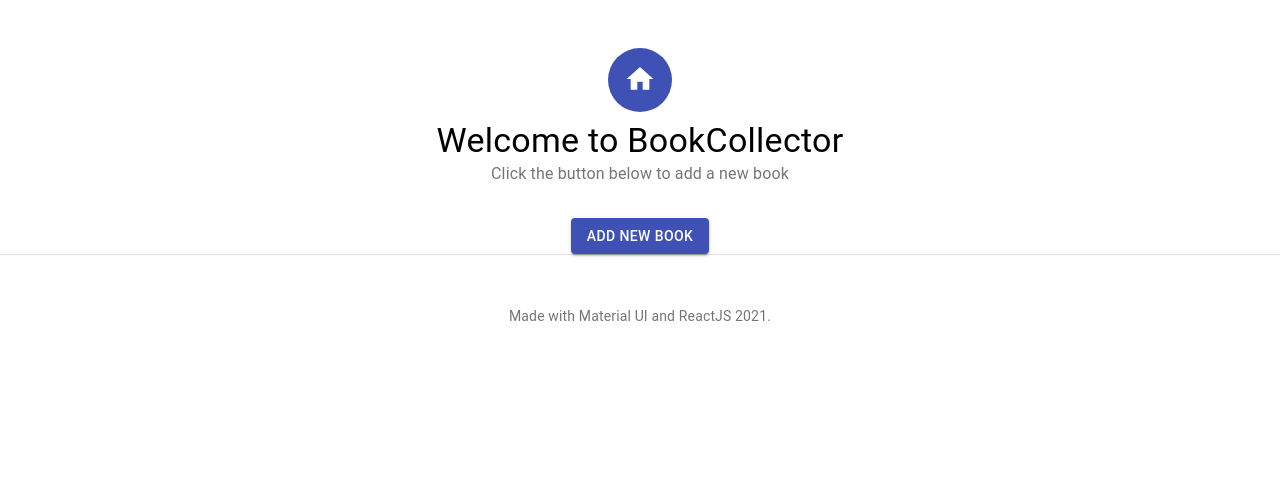
Repository: Colo-Codes/mini-project-react-book-collector
Page: /
The author's editor kept a copy of each file at every save. The page is drawn from the files as they stood at one save, then again after the next save.
The browser window is 1280 px wide. The pictures show the whole page.
The project was rebuilt for these pictures with package versions that can differ from the ones it lists, and the page was loaded fresh each time. Also part of the build but not shown: src/Books/BooksGridItem.js, src/Books/AddBookForm.js.

Above is the page before, as saved 2021-08-25 14:09:02.

After the next save:
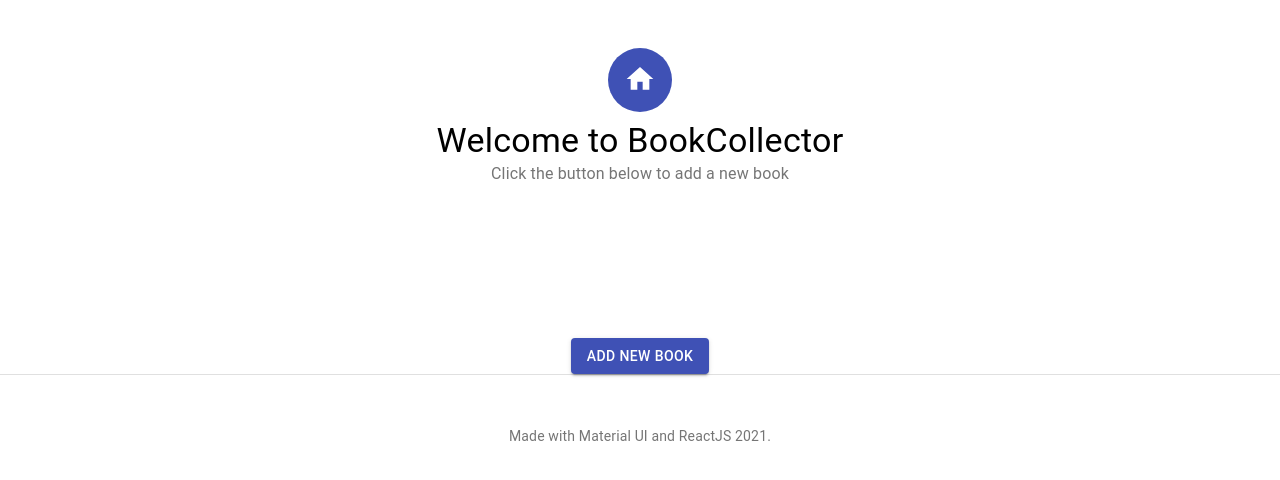
Saved 11 s later.
--- a/src/UI/Header.js
+++ b/src/UI/Header.js
@@ -7,7 +7,7 @@ const useStyles = makeStyles(theme => ({
         display: 'flex',
         flexDirection: 'column',
         alignItems: 'center',
-        margin: theme.spacing(0),
+        marginBottom: theme.spacing(15),
     },
     avatar: {
         margin: theme.spacing(1),
